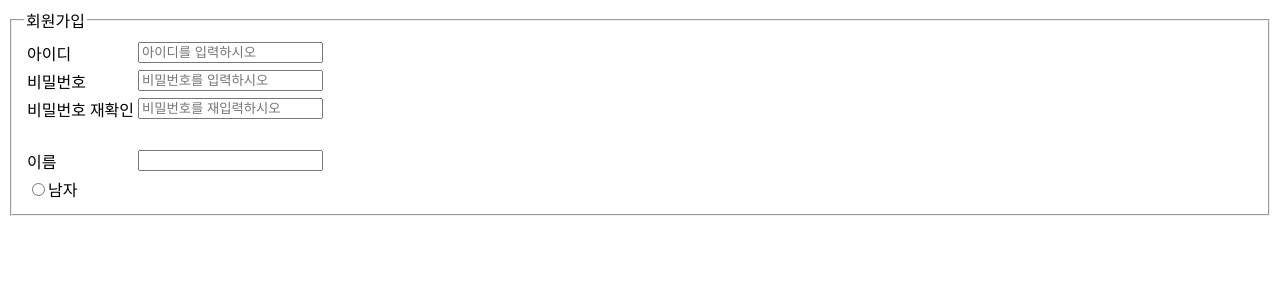
Repository: Scoobi-wisdoom/web
Page: d011/web/register.html
These files come from the project's save history. The page is drawn as it stood at one moment and after the next save; the edit follows.
The browser window is 1280 px wide. The pictures show the whole page.

Above is the page before, as saved 2020-08-05 08:32:41.

After the next save:
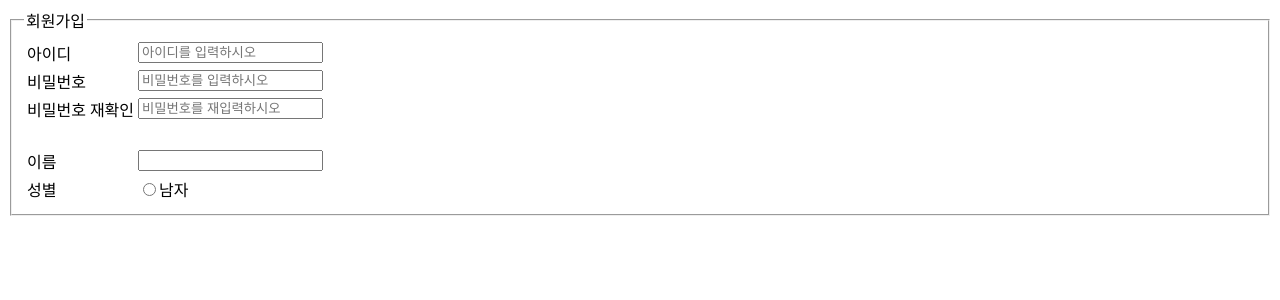
Saved 21 s later.
--- a/d011/web/register.html
+++ b/d011/web/register.html
@@ -48,6 +48,9 @@
 			</tr>
 			<tr>
 				<td>
+					성별
+				</td>
+				<td>
 					<input type="radio" name="r1" value="man">남자
 				</td>
 
